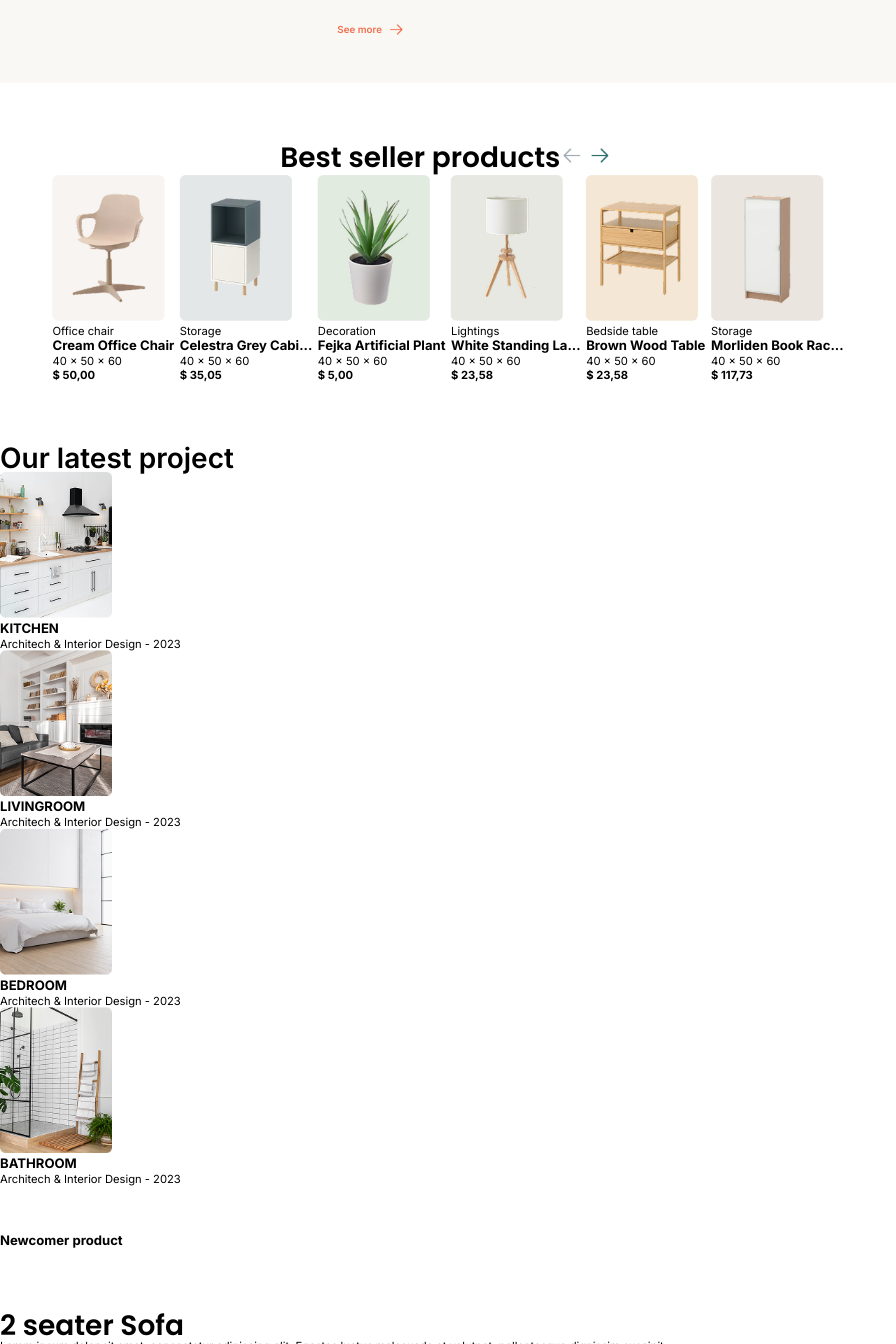
Repository: MatheusEich15/FrontEnd
Page: Prova 1 FrontEnd/Prova 1 FrontEnd/index.html
The author's editor kept a copy of each file at every save. The page is drawn from the files as they stood at one save, then again after a run of saves.
The browser window is 1280 px wide. The pictures show the part of the page from y = 1673 to 3593 px (the page is 4729 px tall before and 4763 px after), at 70% of full size.

Above is the page before, as saved 2026-03-12 14:04:55.

After the next 4 saves:
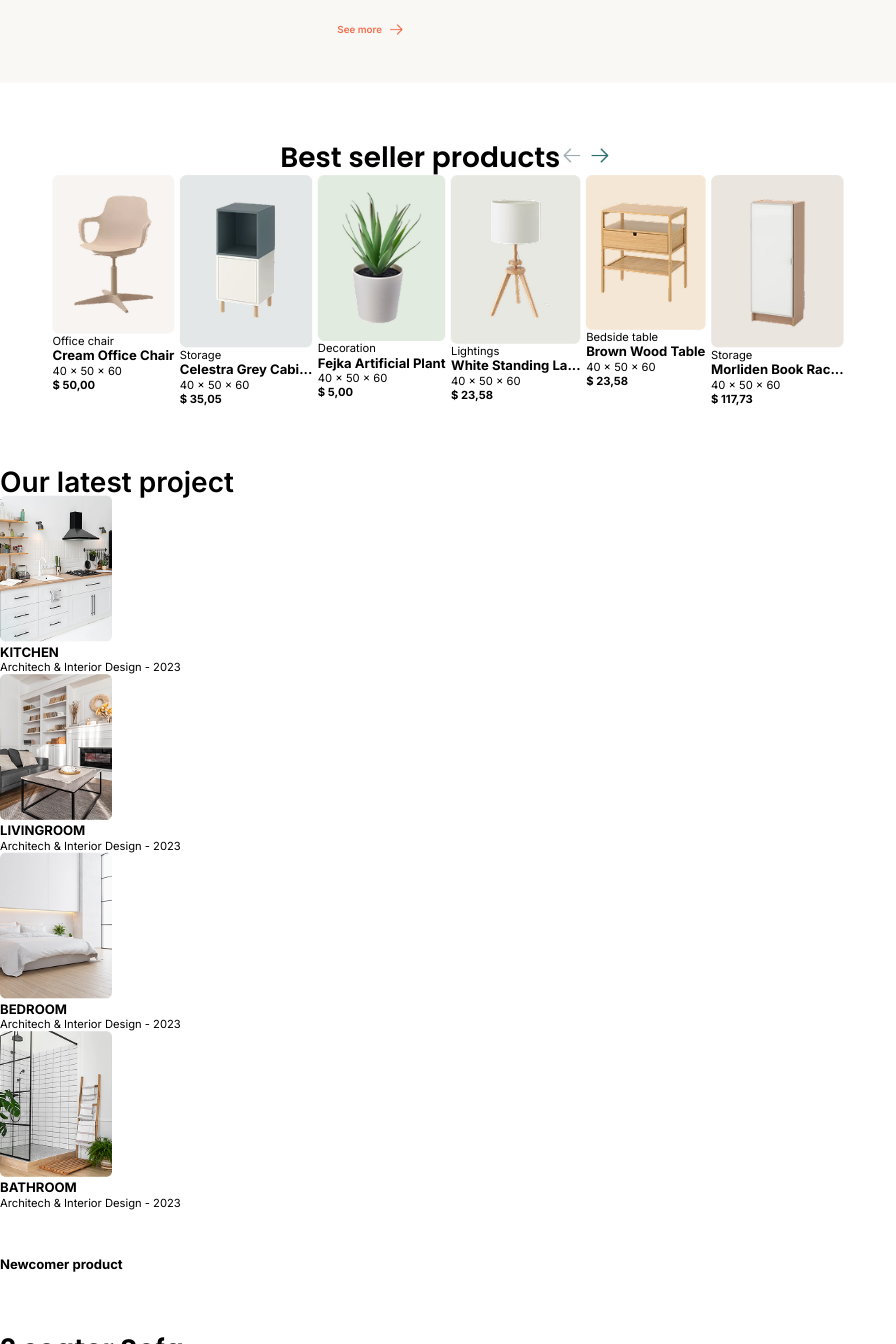
The 4 saves are shown as one change because they came seconds apart.
The last was saved 71 s later.
--- a/Prova 1 FrontEnd/Prova 1 FrontEnd/style.css
+++ b/Prova 1 FrontEnd/Prova 1 FrontEnd/style.css
@@ -209,3 +209,9 @@ header {
     justify-content: center;
     gap: 0.5rem;
 }
+
+.product-item {
+    display: flex;
+    flex-direction: column;
+
+}
